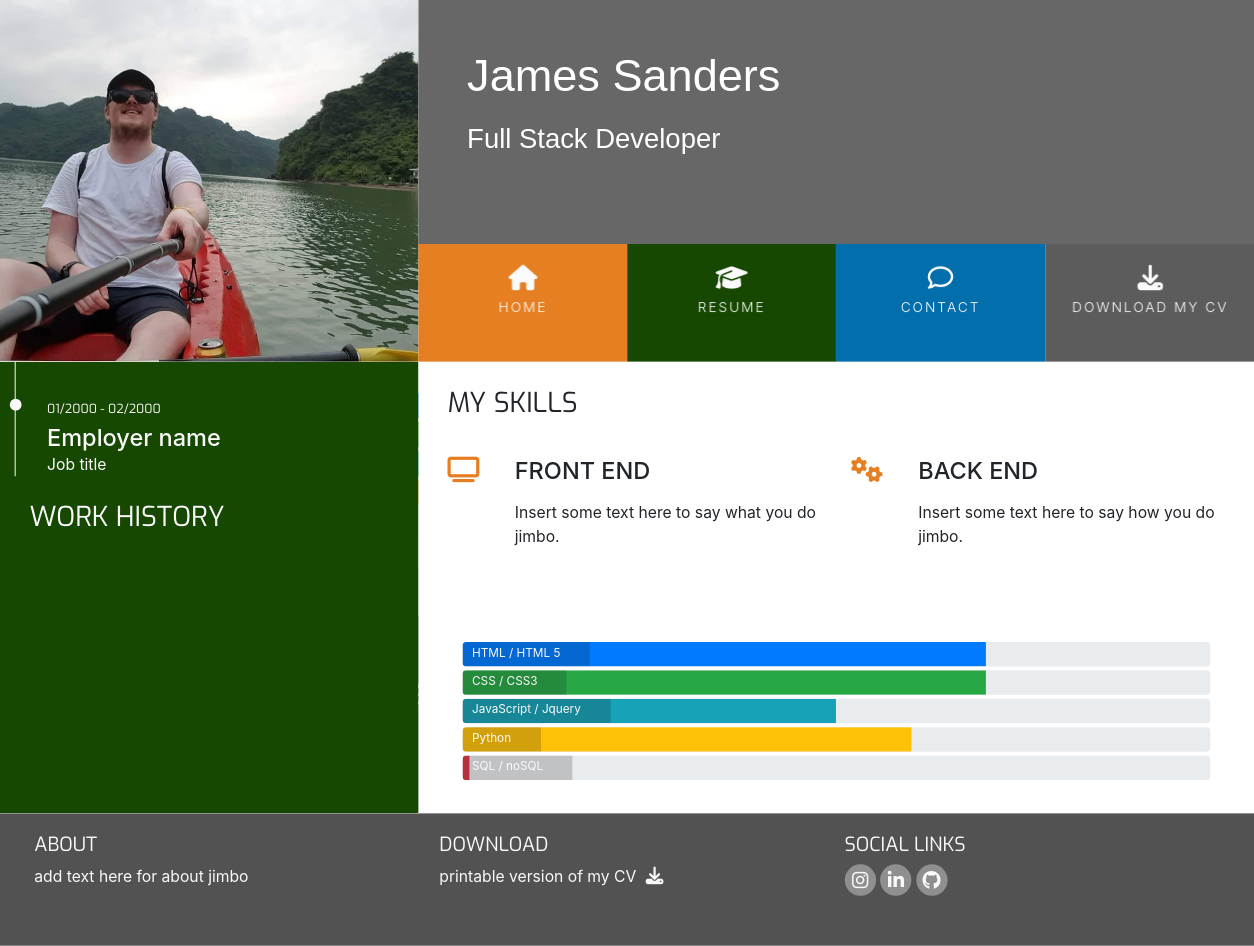
Repository: JaySanders95/my-online-resume
Page: resume.html
The author's editor kept a copy of each file at every save. The page is drawn from the files as they stood at one save, then again after the next save.
The browser window is 1280 px wide. The pictures show the whole page, at 98% of full size.
Some web fonts or font styles are not loaded; a fallback is used. Some web libraries are served in a nearby version.

Above is the page before, as saved 2023-04-19 22:28:22.

### resume.html
<!DOCTYPE html>
<html lang="en">
<head>
    <meta charset="UTF-8">
    <meta http-equiv="X-UA-Compatible" content="IE=edge">
    <meta name="viewport" content="width=device-width, initial-scale=1.0">
    <link rel="stylesheet" href="https://cdn.jsdelivr.net/npm/@fortawesome/fontawesome-free@6.2.1/css/fontawesome.min.css" integrity="sha384-QYIZto+st3yW+o8+5OHfT6S482Zsvz2WfOzpFSXMF9zqeLcFV0/wlZpMtyFcZALm" crossorigin="anonymous">
    <link rel="stylesheet" href="https://cdn.jsdelivr.net/npm/bootstrap@4.6.2/dist/css/bootstrap.min.css" integrity="sha384-xOolHFLEh07PJGoPkLv1IbcEPTNtaed2xpHsD9ESMhqIYd0nLMwNLD69Npy4HI+N" crossorigin="anonymous">
    <link rel="stylesheet" href="assets/css/style.css">
    <link rel="stylesheet" href="https://cdnjs.cloudflare.com/ajax/libs/hover.css/2.3.1/css/hover-min.css" integrity="sha512-csw0Ma4oXCAgd/d4nTcpoEoz4nYvvnk21a8VA2h2dzhPAvjbUIK6V3si7/g/HehwdunqqW18RwCJKpD7rL67Xg==" crossorigin="anonymous" referrerpolicy="no-referrer" />
    <title>James Sanders' Resume</title>
</head>
<body>
    <header>
        <div class="row no-gutters">
            <a href="index.html" class="col-md-4 logo">

            </a>
            <div class="col-md-8">
                <div class="row bg-color-name-title no-gutters">
                    <div class="col heading">
                        <h1 class="name">James Sanders</h1>
                        <h2 class="title">Full Stack Developer</h2>

                    </div>
                </div>
                <div class="row no-gutters">
                    <div class="col">
                        <ul id="nav" class="list-inline menucontainer">
                            <li class="col-6 col-sm-3 ui-menu-color-home list-inline-item menuitem">
                                <a href="#" class="hvr-bounce-to-bottom"><i class="fa fa-home" aria-hidden="true"></i><span>Home</span></a>
                            </li>
                            <li class="col-6 col-sm-3 ui-menu-color-resume list-inline-item menuitem">
                                <a href="#" class="hvr-bounce-to-bottom"><i class="fa fa-graduation-cap" aria-hidden="true"></i><span>Resume</span></a>
                            </li>
                            <li class="col-6 col-sm-3 ui-menu-color-contact list-inline-item menuitem">
                                <a href="#" class="hvr-bounce-to-bottom"><i class="fa fa-comment-o" aria-hidden="true"></i><span>Contact</span></a>
                            </li>
                            <li class="col-6 col-sm-3 ui-menu-color-download list-inline-item menuitem">
                                <a href="#" class="hvr-bounce-to-bottom"><i class="fa fa-download" aria-hidden="true"></i><span>Download my CV</span></a>
                            </li>
                        </ul>
                    </div>
                </div>
            </div>
        </div>
    </header>
    <section class="container-fluid">
        <div class="row">
            <div class="col-md-4 bg-color-work-history section-column">
                <div class="row">
                    <div class="timeline-item" data-dates="01/2000 - 02/2000">
                        <h4>Employer name</h4>
                        <p>Job title</p>
                    </div>
                    <div class="col-12">
                        <h3 class="history-heading uppercase">
                            Work History
                        </h3>
                    </div>
                </div>

            </div>
            <div class="col-md-8 bg-color-three-reasons section-column">
                <div class="row">
                    <div class="col">
                        <h3 class="section-heading uppercase">My Skills</h3>
                    </div>
                </div>
                <div class="row">
                    <div class="col-10 offset-1 offset-sm-0 col-sm-4 col-md-6">
                        <div class="row">
                            <div class="col-2">
                                <i class="three-reasons-icon fa fa-tv" aria-hidden="true"></i>
                            </div>
                            <div class="col-10">
                                <h4 class="three-reasons-heading uppercase">Front End</h4>
                                <p>
                                    Insert some text here to say what you do jimbo.
                                </p>
                            </div>
                        </div>
                    </div>
                    <div class="col-10 offset-1 offset-sm-0 col-sm-4 col-md-6">
                        <div class="row">
                            <div class="col-2">
                                <i class="three-reasons-icon fa fa-gears" aria-hidden="true"></i>
                            </div>
                            <div class="col-10">
                                <h4 class="three-reasons-heading uppercase">Back end</h4>
                                <p>
                                    Insert some text here to say how you do jimbo.
                                </p>
                            </div>
                        </div>
                    </div>

                </div>
                <div class="row progress-section">

                </div>
                <div class="col">
                    <div class="progress">
                        <div class="progress-bar" role="progressbar" #
                        aria-valuenow="70" aria-valuemin="0" aria-valuemax="100" style="width:70%">
                        <span class="sr-only"> 70% complete</span>
                        </div>
                        <span class="progress-type">HTML / HTML 5</span>
                    </div>
                    <div class="progress">
                        <div class="progress-bar bg-success" role="progressbar" #
                        aria-valuenow="70" aria-valuemin="0" aria-valuemax="100" style="width:70%">
                        <span class="sr-only"> 70% complete</span>
                        </div>
                        <span class="progress-type">CSS / CSS3</span>
                    </div>
                    <div class="progress">
                        <div class="progress-bar bg-info" role="progressbar" #
                        aria-valuenow="50" aria-valuemin="0" aria-valuemax="100" style="width:50%">
                        <span class="sr-only"> 50% complete</span>
                        </div>
                        <span class="progress-type">JavaScript / Jquery</span>
                    </div>
                    <div class="progress">
                        <div class="progress-bar bg-warning" role="progressbar" #
                        aria-valuenow="60" aria-valuemin="0" aria-valuemax="100" style="width:60%">
                        <span class="sr-only"> 60% complete</span>
                        </div>
                        <span class="progress-type">Python</span>
                    </div>
                    <div class="progress">
                        <div class="progress-bar bg-danger" role="progressbar" #
                        aria-valuenow="1" aria-valuemin="0" aria-valuemax="100" style="width:1%">
                        <span class="sr-only"> 0% complete</span>
                        </div>
                        <span class="progress-type">SQL / noSQL</span>
                    </div>
                </div>
            </div>
        </div>

    </section>
    <footer class="container-fluid">
        <div id="footer-details" class="row">
            <div class="col-sm-4">
                <h5 class="uppercase general-sub">About</h5>
                <p class="inline-block"> add text here for about jimbo</p>
            </div>
            <div class="col-sm-4">
                <h5 class="uppercase general-sub">Download</h5>
                <p class="inline-block"> printable version of my CV</p>
                <a href="#" target="_blank" class="cv-pdf">
                    <i class="fa fa-download" aria-hidden="true"></i>
                    <span class="sr-only">Download link.</span>
                </a>
            </div>
            <div class="col-sm-4">
                <h5 class="uppercase general-sub">Social links</h5>
                <ul class="list-inline social-links">
                    <li class="list-inline-item">
                        <a target="_blank" href="#">
                            <i class="fa fa-instagram"></i>
                            <span class="sr-only">Instagram</span>
                        </a>
                    </li>
                    <li class="list-inline-item">
                        <a target="_blank" href="#">
                            <i class="fa fa-linkedin"></i>
                            <span class="sr-only">LinkedIn</span>
                        </a>
                    </li>
                    <li class="list-inline-item">
                        <a target="_blank" href="#">
                            <i class="fa-brands fa-github"></i>
                            <span class="sr-only">GitHub</span>

                        </a>
                    </li>
                </ul>
            </div>
        </div>

    </footer>
    <script src="https://kit.fontawesome.com/c80cd6a143.js" crossorigin="anonymous"></script>
</body>
</html>

### assets/css/style.css
@import url('https://fonts.googleapis.com/css2?family=Anuphan:100,200,300,400,500,600,700wght@300&family=Exo:100,200,300,400,500,600,700ital,wght@1,300&display=swap');


/* ------- Colours ---------*/

.bg-color-name-title {
    background-color:#676767;
}

.bg-color-three-reasons {
    background-color: #fff;
}

.bg-color-personal-info {
    background-color:#f4f4f4;
}

.ui-menu-color-home {
    background-color: #e67e22;
}

.ui-menu-color-resume {
    background-color: #164802;
}

.ui-menu-color-contact {
    background-color: #036eac;
}

.ui-menu-color-download {
    background-color: #5c5c5c;
}

.bg-color-work-history {
    background-color: #164802;
}

/* ------- Special paddings/margins/text ---------*/

h1,h2,h3,h4 {
    margin: 0;
}

.uppercase {
    text-transform: uppercase;
}

.general-sub {
    font-family: 'Exo', sans-serif;
    font-weight: 300;
    color: #fafafa;
}

.inline-block {
    display: inline-block;
}

.row-table {
    display: table;

}
.section-column {
    display: table-cell;
    padding: 0 30px 30px;
    float: none;
}

.history-heading,
.section-heading {
    font-family: 'Exo', sans-serif;
    font-weight: 300;
    margin-top: 25px;
    margin-bottom: 40px;
}

/* ------- Headers ---------*/
header {
    margin: 0;
}

.heading {
    margin-left: 50px;
}

.logo {
    background: url(../images/me.png);
    background-position: center;
    background-repeat: no-repeat;
    background-size: cover;
    min-height: 360px;
    transition: all .5s ease-in-out;
    -moz-transition: all .5s ease-in-out;
    -webkit-transition: all .5s ease-in-out;
}

.name {
    font-family: 'Anuphan', sans-serif;
    font-weight: 100;
    font-size: 46px;
    margin-top: 50px;
    color: #fff;
}


.title {
    font-family: 'Anuphan', sans-serif;
    font-weight: 200;
    font-size: 28px;
    margin-top: 20px;
    margin-bottom: 90px;
    color: #fff;
}

.list-inline-item:not(:last-child) {
    margin: 0;
}

.menucontainer {
    font-size: 0;
}

#nav li {
    font-size: 14px;
    padding: 0;
}

#nav {
    margin: 0;
}

.menuitem {
    height: 120px;
    text-align: center;
    padding: 0;

}

.menuitem a {
    width: 100%;
    text-decoration: none;
    color: #fff;
    height: 120px;
}

.menuitem a i {
    display: block;
    padding-top: 22px;
    color: #fafafa;
    font-size: 26px;
}

.menuitem span {
    display: block;
    width: 100%;
    padding-top: 5px;
    text-align: center;
    text-transform: uppercase;
    font-size: 14px;
    font-weight: 300;
    letter-spacing: 2px;
}

/* ------- Hover.css ---------*/

.hvr-bounce-to-bottom:before {
    background: rgba(0, 0, 0, 0.3) !important;
    height: 120px;

}

/* ------- Footer ---------*/

footer {
    background-color: #525252;
    color: #fafafa;
    min-height: 120px;
}

.cv-pdf i {
    font-size: 18px;
    color: #fafafa;
    text-align: center;
    padding-left: 5px;
    transition: all 0.35s ease-in-out;
    -moz-transition: all 0.35s ease-in-out;
    -webkit-transition: all 0.35s ease-in-out;
    -o-transition: all 0.35s ease-in-out;
}

.cv-pdf i:hover {
    color: #e84610;
}

.social-links {
    padding-bottom: 15px;
}

.social-links li a i {
    width: 32px;
    height: 32px;
    padding: 7px 0;
    border-radius: 50%;
    font-size: 19px;
    text-align: center;
    color: #fafafa;
    background: #8f8f8f;
    transition: all 0.35s ease-in-out;
    -moz-transition: all 0.35s ease-in-out;
    -webkit-transition: all 0.35s ease-in-out;
    -o-transition: all 0.35s ease-in-out;
}

.social-links li a i:hover {
    background-color: #e84610;
}

#footer-details {
    padding: 20px;
}

/* ------- 3 Reasons ---------*/

.three-reasons-icon {
    font-size: 26px;
    color: #e67e22;
}

.three-reasons-heading {
    margin-bottom: 15px;
}

/* ------- Personal Info ---------*/

.personal-info-item {
    margin-bottom: 20px;
    display: block;
    clear: both;
}

.personal-info-item .key,
.personal-info-item .value {
    padding: 8px;
    display: inline-block;

}

.personal-info-item .key p,
.personal-info-item .value p {
    margin: 0;
}

.personal-info-item .key {
    width: 30%;
    margin-right: 21px;
    padding-top: 2px;
    vertical-align: top;
}

.personal-info-item .key p {
    font-weight: 700;


}

.personal-info-item .value {
    position: relative;
    width: 60%;

}

/* ------- Skills ---------*/

.progress {
    line-height: normal;
    position: relative;
    height: 25px;
    margin-bottom: 4px;
}

.progress-type {
    position: absolute;
    left: 0px;
    font-weight: 400;
    padding: 3px 30px 2px 10px;
    color: #fafafa;
    background-color: rgba(25, 25, 25, 0.2);
    height: inherit;
}

.progress-section {
    margin: 40px 20px;
}

/* -------- Work History ----- */

.history-heading {
    color: #fafafa;
    margin-bottom: 50px;
}

.timeline-item {
    padding: 4em 2em 0em 2em;
    position: relative;
    color: #fafafa;
    border-left: 1px solid;
}

.timeline-item p {
    padding: 0;
    margin: 0;
}

.timeline-item:before {
    content: attr(data-dates);
    position: absolute;
    left: 2.5em;
    top: 3em;
    display: block;
    font-family: 'Exo', sans-serif;
    font-weight: 500;
    font-size: 0.8em;
    padding: 0;
    margin: 0;
}

.timeline-item:after {
    width: 12px;
    height: 12px;
    display: block;
    top: 2.4em;
    position: absolute;
    left: -6px;
    border-radius: 12px;
    content: '';
    background: #fafafa;
}







/*
font-family: 'Anuphan', sans-serif;
font-family: 'Exo', sans-serif;
*/

After the next save:
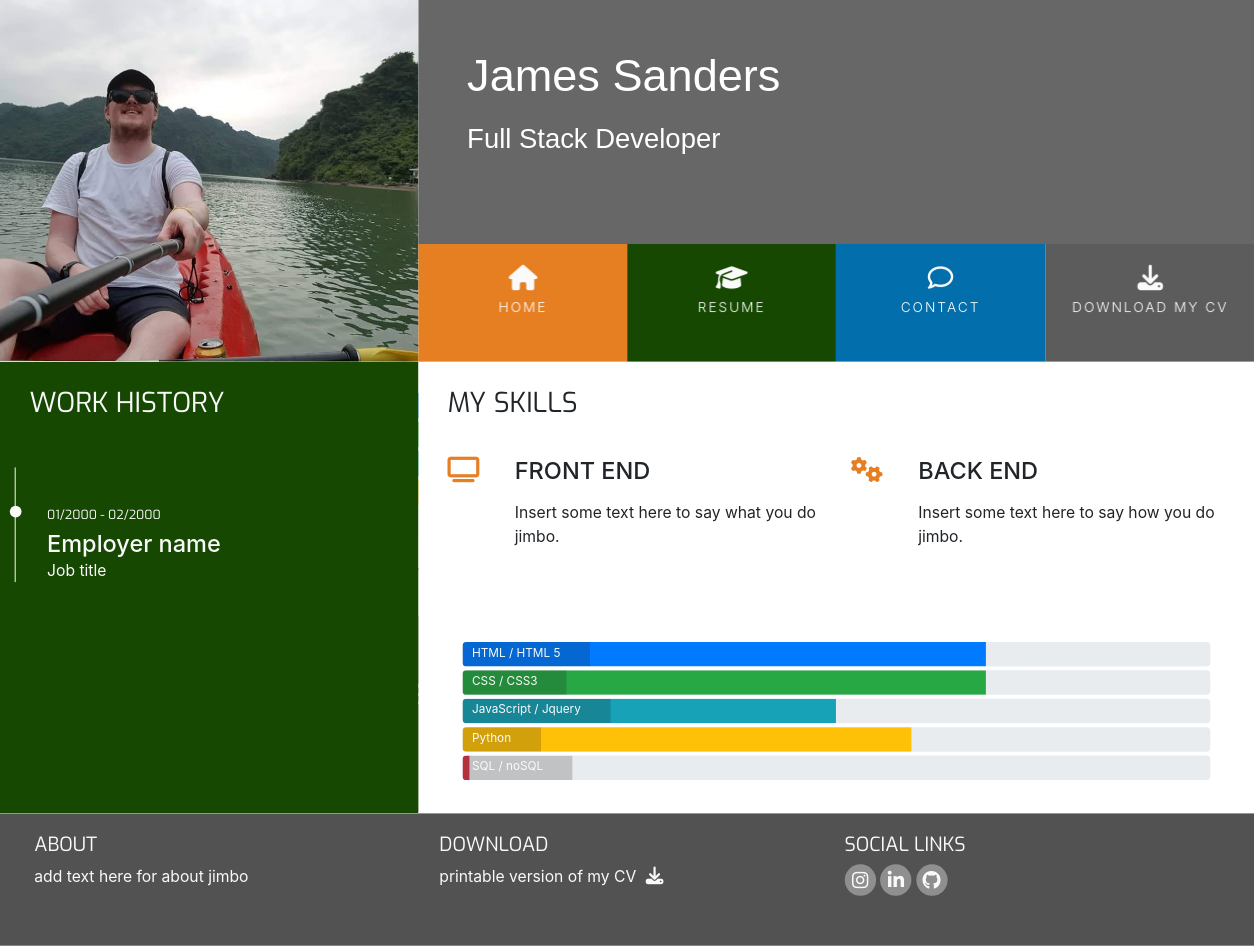
Saved 25 s later.
--- a/resume.html
+++ b/resume.html
@@ -49,14 +49,15 @@
         <div class="row">
             <div class="col-md-4 bg-color-work-history section-column">
                 <div class="row">
-                    <div class="timeline-item" data-dates="01/2000 - 02/2000">
-                        <h4>Employer name</h4>
-                        <p>Job title</p>
-                    </div>
+
                     <div class="col-12">
                         <h3 class="history-heading uppercase">
                             Work History
                         </h3>
+                    </div>
+                    <div class="timeline-item" data-dates="01/2000 - 02/2000">
+                        <h4>Employer name</h4>
+                        <p>Job title</p>
                     </div>
                 </div>
 
